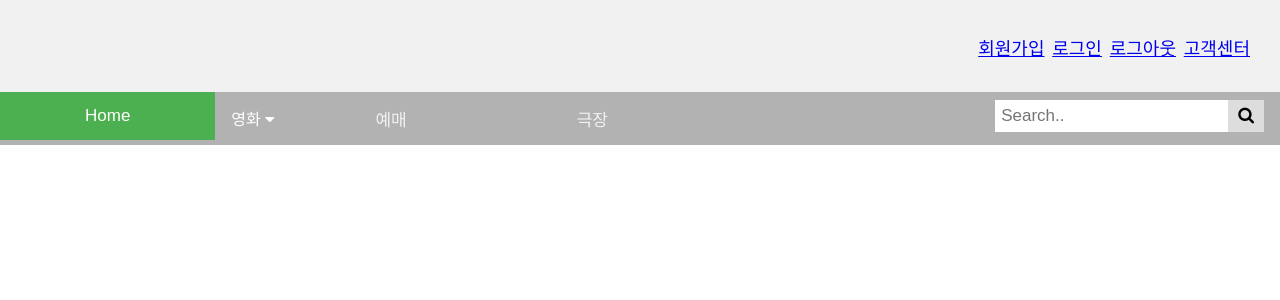
Repository: seulgi-code/MovieBox
Page: http://localhost/web/pages_css/header2.jsp
An editor plug-in stored every save of this project. The page is shown before and after a run of saves, followed by the edit.
The browser window is 1280 px wide. The pictures show the whole page.
The page is served by Tomcat 9.

Above is the page before, as saved 2020-08-07 07:39:54.

After the next 4 saves:
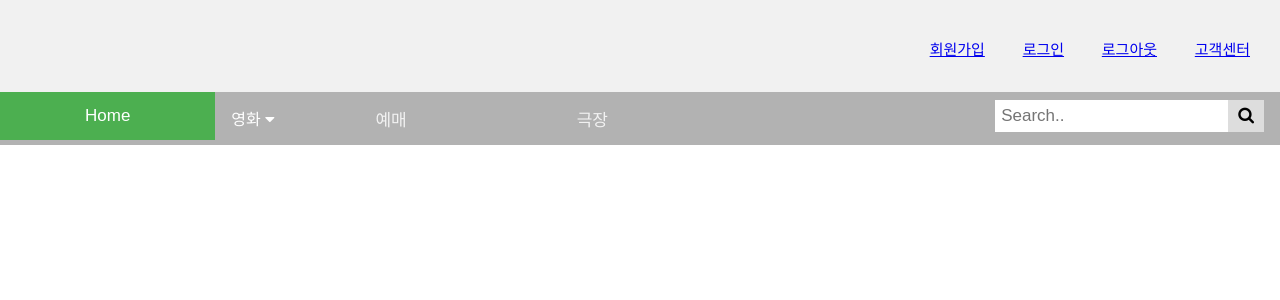
The 4 saves are shown as one change because they came seconds apart.
The last was saved 2 min 2 s later.
--- a/web/src/main/webapp/pages_css/header2.jsp
+++ b/web/src/main/webapp/pages_css/header2.jsp
@@ -29,8 +29,8 @@ body {
 
  }
  .header  div a{
- 	font-size: 18px;
-
+ 	font-size: 15px;
+    padding-left: 30px;
  }
  /* header - 맨위  */
 
